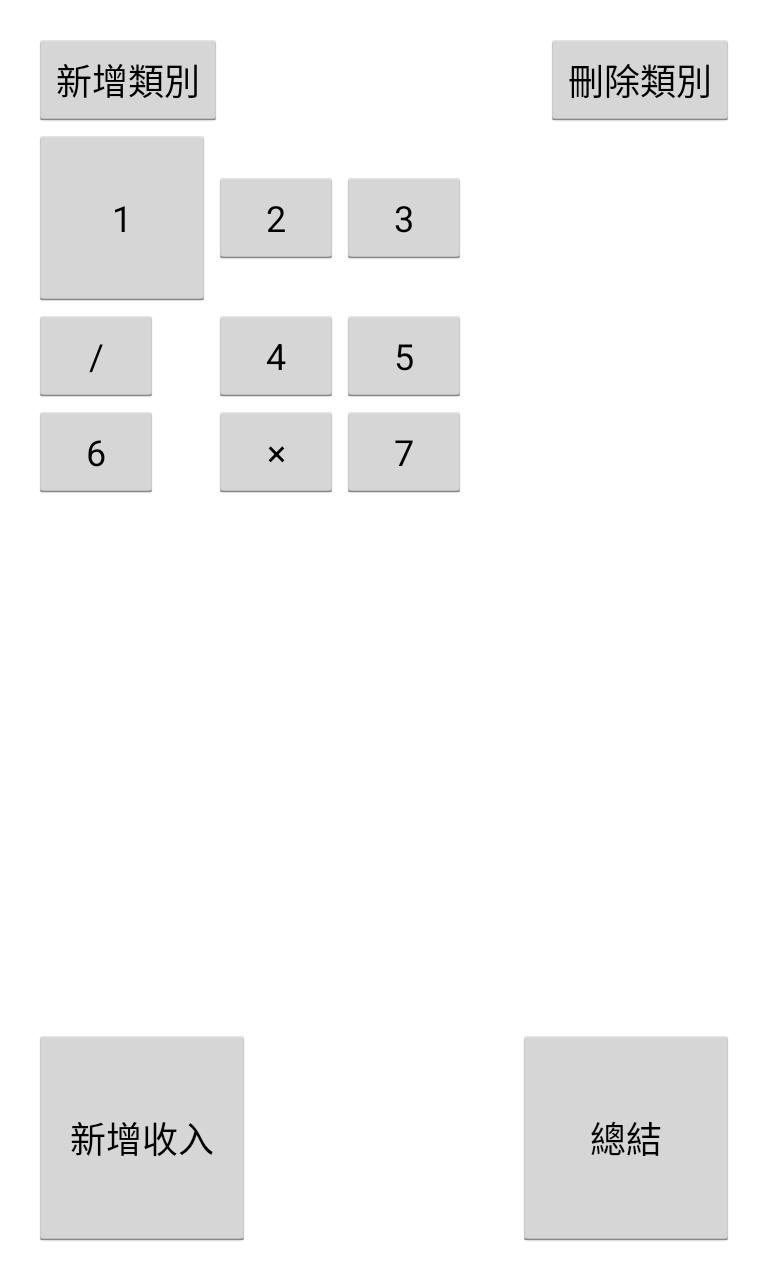
Repository: rayyrayy/Android-app-project
Layout: flashaccounting/easy money manager/res/layout/activity_main.xml
The author's editor kept a copy of each file at every save. The layout is drawn from the files as they stood at one save, then again after the next save.
It is drawn on a 768 x 1280 px phone screen (xhdpi) without system bars, with theme AppTheme; the app's code is not run.

Above is the layout before, as saved 2014-10-16 10:21:57.

After the next save:
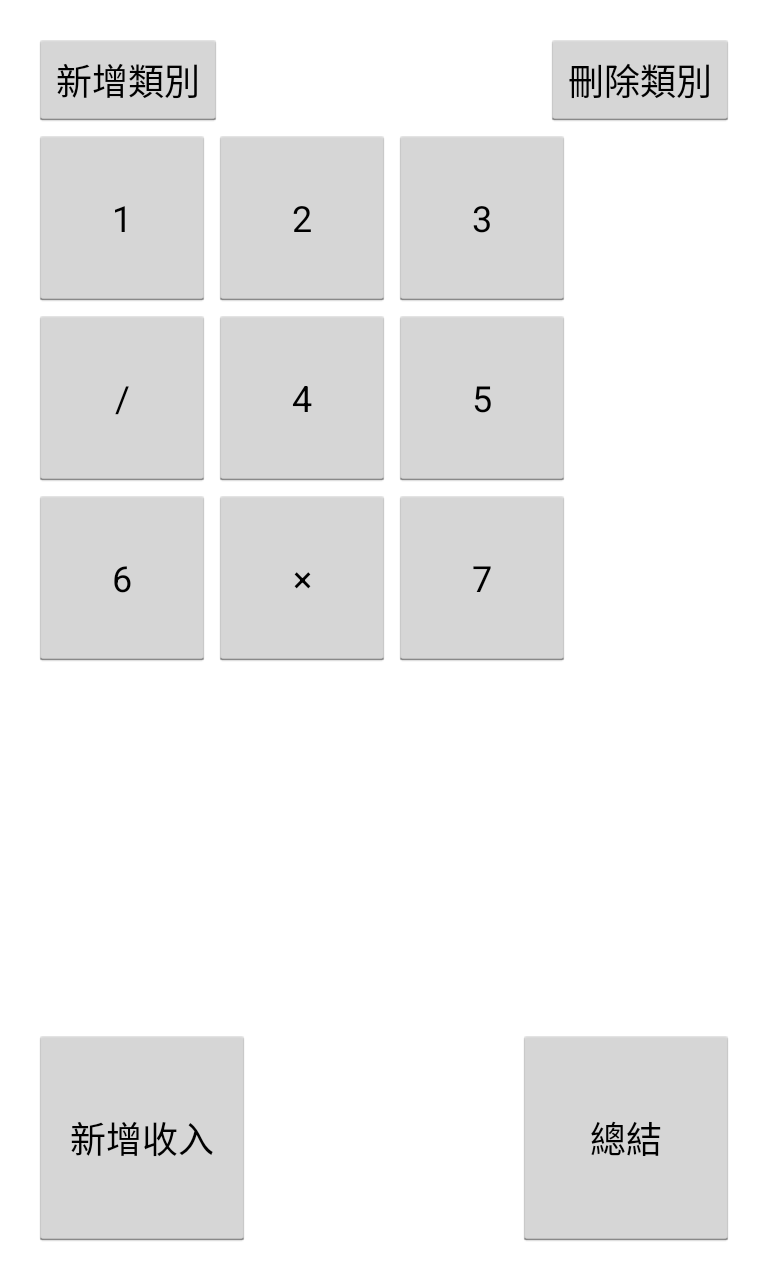
Saved 33 s later.
--- a/flashaccounting/easy money manager/res/layout/activity_main.xml
+++ b/flashaccounting/easy money manager/res/layout/activity_main.xml
@@ -58,28 +58,44 @@
         android:height="90dp"/>
 　　<Button
         android:id="@+id/two"
-        android:text="2"/>
+        android:text="2"
+        android:width="90dp"
+        android:height="90dp"/>
 　　　<Button
         android:id="@+id/three"
-        android:text="3"/>
+        android:text="3"
+        android:width="90dp"
+        android:height="90dp"/>
 　　<Button
         android:id="@+id/devide"
-        android:text="/"/>
+        android:text="/"
+        android:width="90dp"
+        android:height="90dp"/>
 　　<Button
         android:id="@+id/four"
-        android:text="4"/>
+        android:text="4"
+        android:width="90dp"
+        android:height="90dp"/>
 　　<Button
         android:id="@+id/five"
-        android:text="5"/>
+        android:text="5"
+        android:width="90dp"
+        android:height="90dp"/>
 　　<Button
         android:id="@+id/six"
-        android:text="6"/>
+        android:text="6"
+        android:width="90dp"
+        android:height="90dp"/>
 　　<Button
         android:id="@+id/multiply"
-        android:text="×"/>
+        android:text="×"
+        android:width="90dp"
+        android:height="90dp"/>
 　　<Button
         android:id="@+id/seven"
-        android:text="7"/>
+        android:text="7"
+        android:width="90dp"
+        android:height="90dp"/>
 
     </GridLayout>
 
